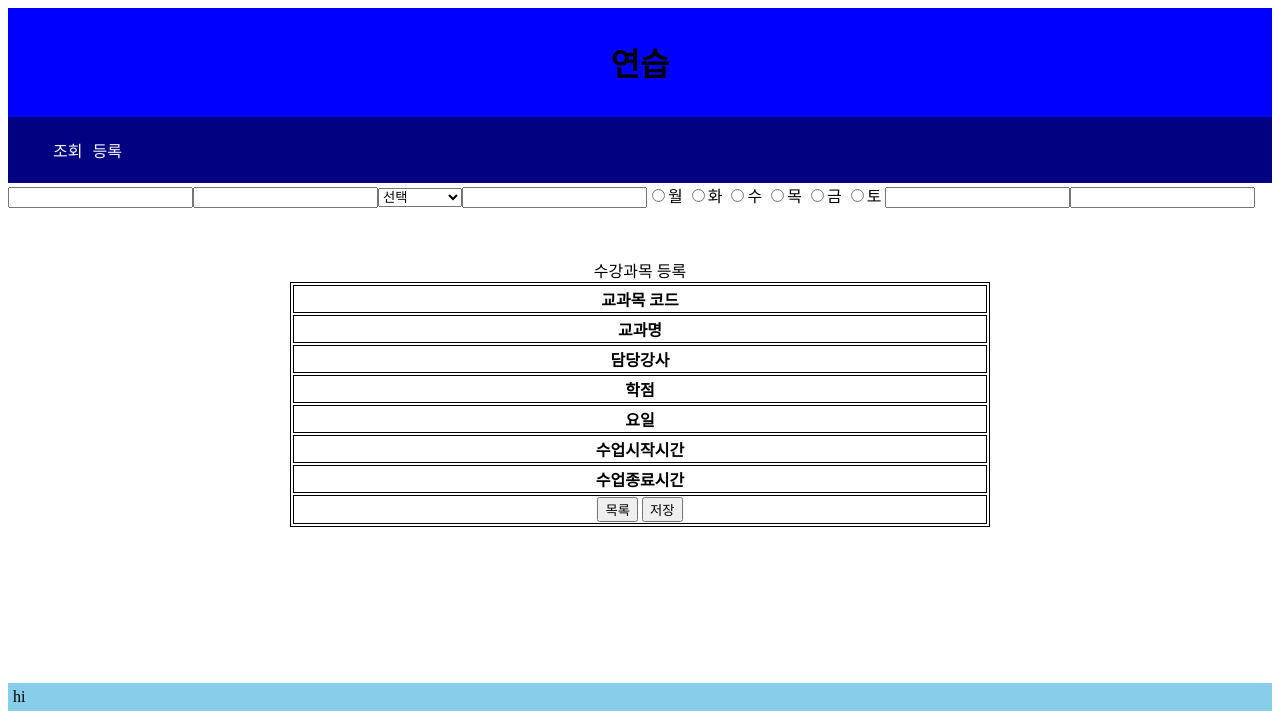
Repository: hoger96/java
Page: http://localhost/HY/reg
An editor plug-in stored every save of this project. The page is shown before and after a run of saves, followed by the edit.
The browser window is 1280 px wide. The pictures show the whole page.
The page is served by Tomcat 9.

Above is the page before, as saved 2023-02-02 08:01:19.

After the next 2 saves:
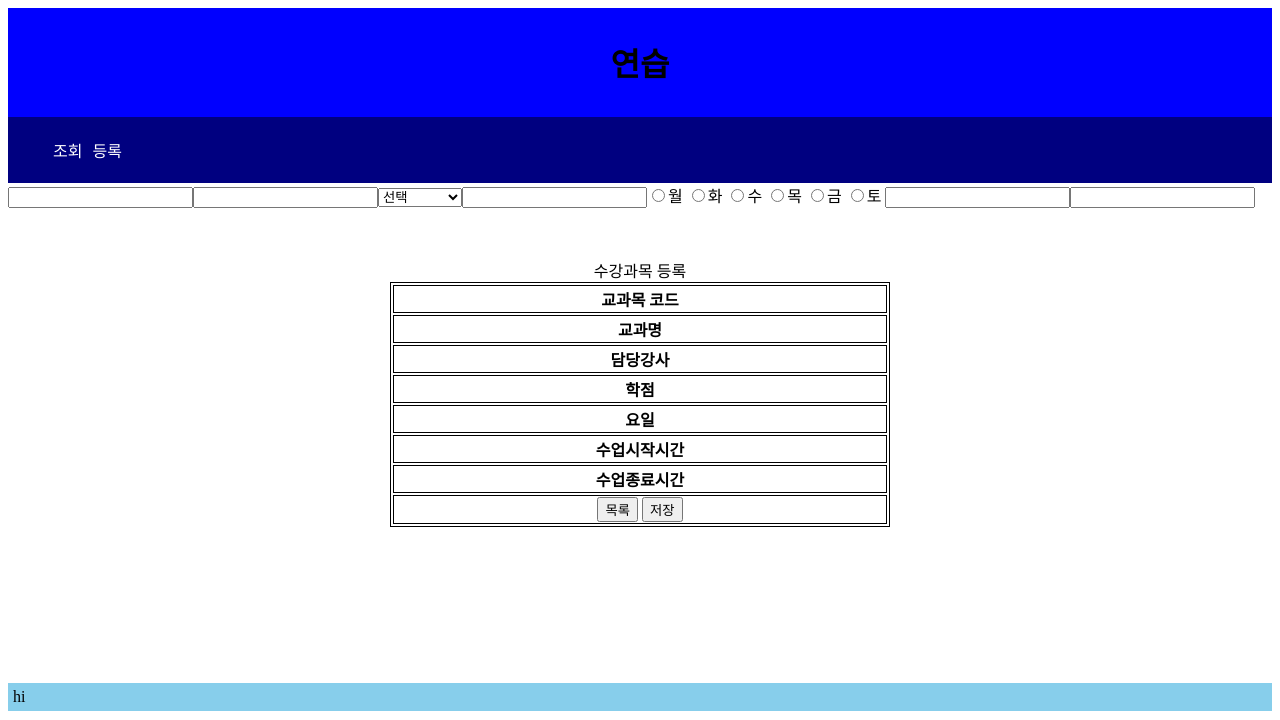
The 2 saves are shown as one change because they came seconds apart.
The last was saved 10 s later.
--- a/HY/src/main/webapp/css/reg.css
+++ b/HY/src/main/webapp/css/reg.css
@@ -1,19 +1,13 @@
 @charset "UTF-8";
 table{
-	width:700px;
+	width:500px;
 	margin:50px auto;
 }
 table,td{
 	border:1px solid black;
-	text-align:center;
 }
 
 .main{
 	font-weight: bold;
 	text-align:center
 }
-
-.btn{
-	color:black;
-	text-decoration: none;
-}
